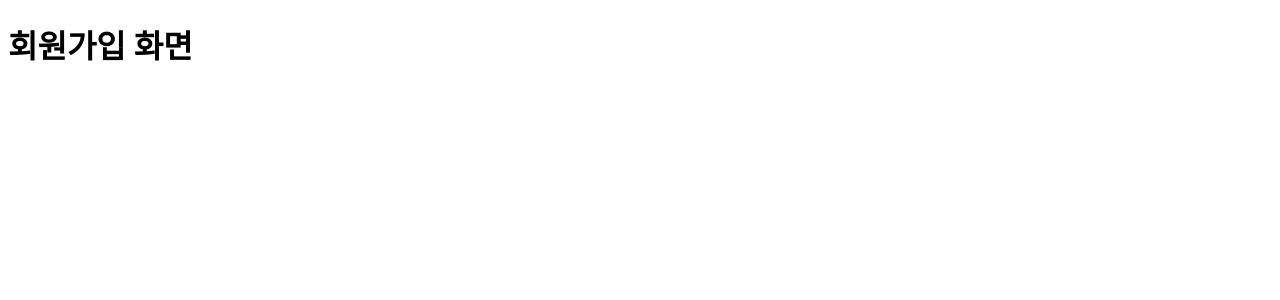
Repository: honsb91/Study_Spring
Page: http://localhost/01.Web/member
The author's editor kept a copy of each file at every save. The page is drawn from the files as they stood at one save, then again after the next save.
The browser window is 1280 px wide. The pictures show the whole page.
The page is served by Tomcat 9. Other server files are loaded and not shown.

Above is the page before, as saved 2023-12-20 06:33:41.

### WorkSpace/01.Web/src/main/webapp/WEB-INF/views/member/join.jsp
<%@ page language="java" contentType="text/html; charset=UTF-8"
    pageEncoding="UTF-8"%>
<!DOCTYPE html>
<html>
<head>
<meta charset="UTF-8">
<title>Insert title here</title>
</head>
<body>
	<h1>회원가입 화면</h1>
</body>
</html>

After the next save:
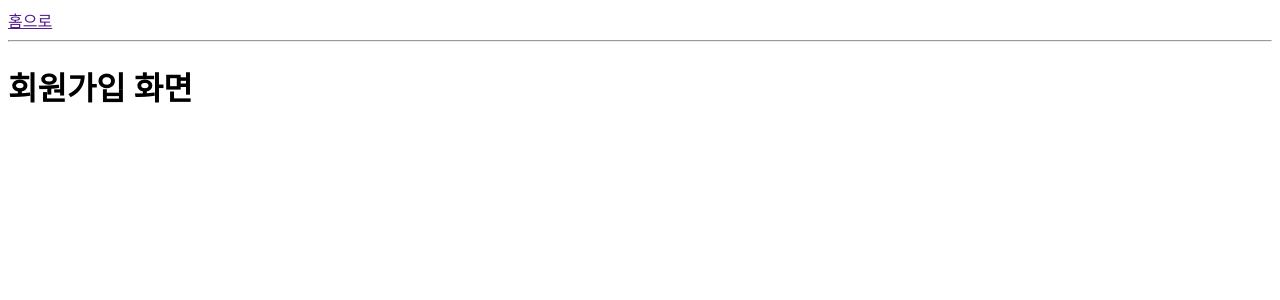
Saved 2 min 35 s later.
--- a/WorkSpace/01.Web/src/main/webapp/WEB-INF/views/member/join.jsp
+++ b/WorkSpace/01.Web/src/main/webapp/WEB-INF/views/member/join.jsp
@@ -1,5 +1,6 @@
 <%@ page language="java" contentType="text/html; charset=UTF-8"
     pageEncoding="UTF-8"%>
+<%@ taglib uri="http://java.sun.com/jsp/jstl/core" prefix="c"%>
 <!DOCTYPE html>
 <html>
 <head>
@@ -7,6 +8,8 @@
 <title>Insert title here</title>
 </head>
 <body>
+<a href="">홈으로</a>
+<hr>
 	<h1>회원가입 화면</h1>
 </body>
 </html>
